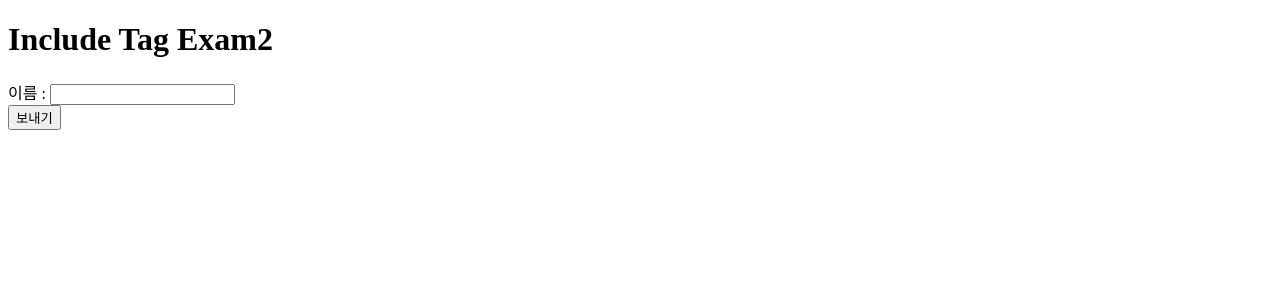
Repository: kimwoongasd/JSPAndServlet
Page: day1221/src/main/webapp/12_includeTag2.html
An editor plug-in stored every save of this project. The page is shown before and after the next save, followed by the edit.
The browser window is 1280 px wide. The pictures show the whole page.

Above is the page before, as saved 2023-12-21 02:29:43.

### day1221/src/main/webapp/12_includeTag2.html
<!DOCTYPE html>
<html>
<head>
<meta charset="UTF-8">
<title>Insert title here</title>
</head>
<body>
	<h1>Include Tag Exam2</h1>
	<form method="post" action="10_includeTag1.jsp">
		이름 : <input type="text" name="name"><br>
		<input type="submit" value="보내기">
	</form>
</body>
</html>

After the next save:
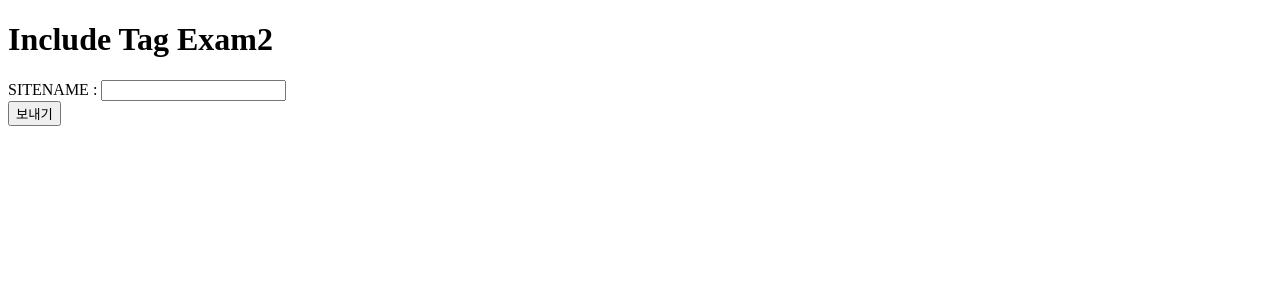
Saved 12 s later.
--- a/day1221/src/main/webapp/12_includeTag2.html
+++ b/day1221/src/main/webapp/12_includeTag2.html
@@ -7,7 +7,7 @@
 <body>
 	<h1>Include Tag Exam2</h1>
 	<form method="post" action="10_includeTag1.jsp">
-		이름 : <input type="text" name="name"><br>
+		SITENAME : <input type="text" name="name"><br>
 		<input type="submit" value="보내기">
 	</form>
 </body>
